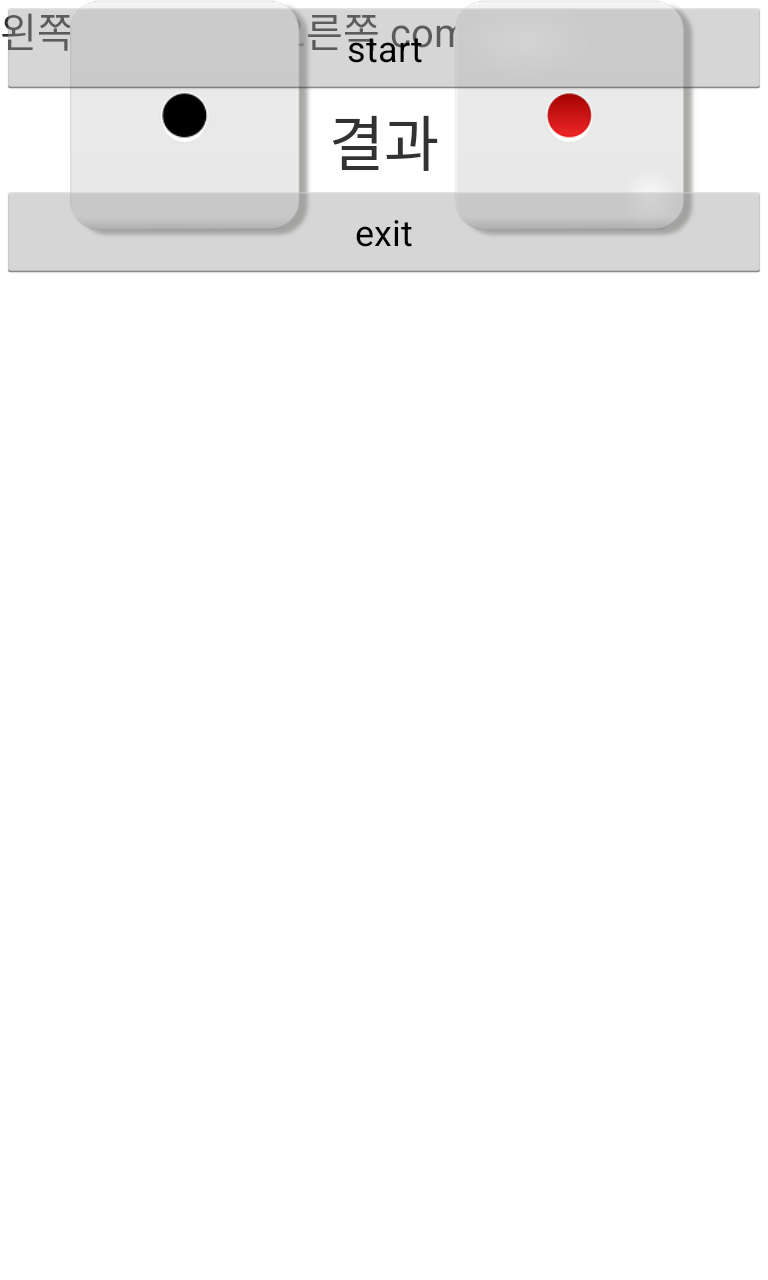
Repository: supremehappy/Android
Layout: TTS/res/layout/activity_dice.xml
These files come from the project's save history. The layout is drawn as it stood at one moment and after the next save; the edit follows.
It is drawn on a 768 x 1280 px phone screen (xhdpi) without system bars, with theme AppTheme; the app's code is not run.

Above is the layout before, as saved 2017-08-29 05:32:15.

### TTS/res/layout/activity_dice.xml
<RelativeLayout xmlns:android="http://schemas.android.com/apk/res/android"
    xmlns:tools="http://schemas.android.com/tools"
    android:layout_width="match_parent"
    android:layout_height="match_parent"
    tools:context="${relativePackage}.${activityClass}" >

    <TextView
        android:layout_width="wrap_content"
        android:layout_height="wrap_content"
        android:layout_gravity="center"
        android:text="왼쪽 플레이어 / 오른쪽 com"
        android:textSize="20sp" />

    <LinearLayout
        android:layout_width="match_parent"
        android:layout_height="wrap_content" >

        <ImageView
            android:id="@+id/imageView1"
            android:layout_width="wrap_content"
            android:layout_height="wrap_content"
            android:layout_weight="1"
            android:src="@drawable/d01" />

        <ImageView
            android:id="@+id/imageView2"
            android:layout_width="wrap_content"
            android:layout_height="wrap_content"
            android:layout_weight="1"
            android:src="@drawable/d1" />

    </LinearLayout>

    <LinearLayout
        android:layout_width="match_parent"
        android:layout_height="wrap_content"
        android:orientation="vertical" >

        <Button
            android:id="@+id/btn_start"
            android:layout_width="fill_parent"
            android:layout_height="wrap_content"
            android:text="start" />

        <TextView
            android:id="@+id/textView1"
            android:layout_width="wrap_content"
            android:layout_height="wrap_content"
            android:layout_gravity="center"
            android:text="결과"
            android:textSize="30sp" />

        <Button
            android:id="@+id/btn_exit"
            android:layout_width="fill_parent"
            android:layout_height="wrap_content"
            android:text="exit" />

    </LinearLayout>

</RelativeLayout>

Loaded but not shown: TTS/res/values/styles.xml (common file); TTS/res/values-v11/styles.xml (common file); TTS/res/values-v14/styles.xml (common file)

After the next save:
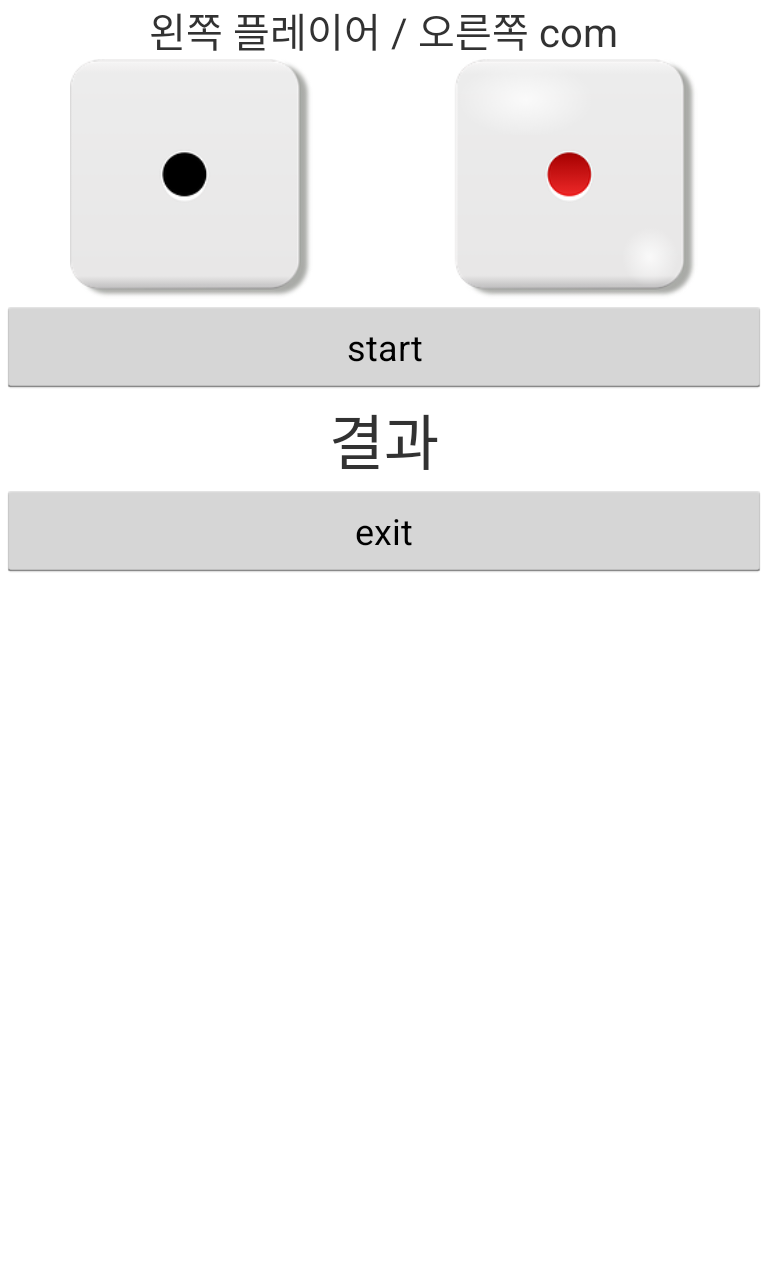
Saved 26 s later.
--- a/TTS/res/layout/activity_dice.xml
+++ b/TTS/res/layout/activity_dice.xml
@@ -1,7 +1,9 @@
-<RelativeLayout xmlns:android="http://schemas.android.com/apk/res/android"
+<LinearLayout xmlns:android="http://schemas.android.com/apk/res/android"
     xmlns:tools="http://schemas.android.com/tools"
+    android:id="@+id/LinearLayout1"
     android:layout_width="match_parent"
     android:layout_height="match_parent"
+    android:orientation="vertical"
     tools:context="${relativePackage}.${activityClass}" >
 
     <TextView
@@ -28,7 +30,6 @@
             android:layout_height="wrap_content"
             android:layout_weight="1"
             android:src="@drawable/d1" />
-
     </LinearLayout>
 
     <LinearLayout
@@ -55,7 +56,6 @@
             android:layout_width="fill_parent"
             android:layout_height="wrap_content"
             android:text="exit" />
-
     </LinearLayout>
 
-</RelativeLayout>
+</LinearLayout>
